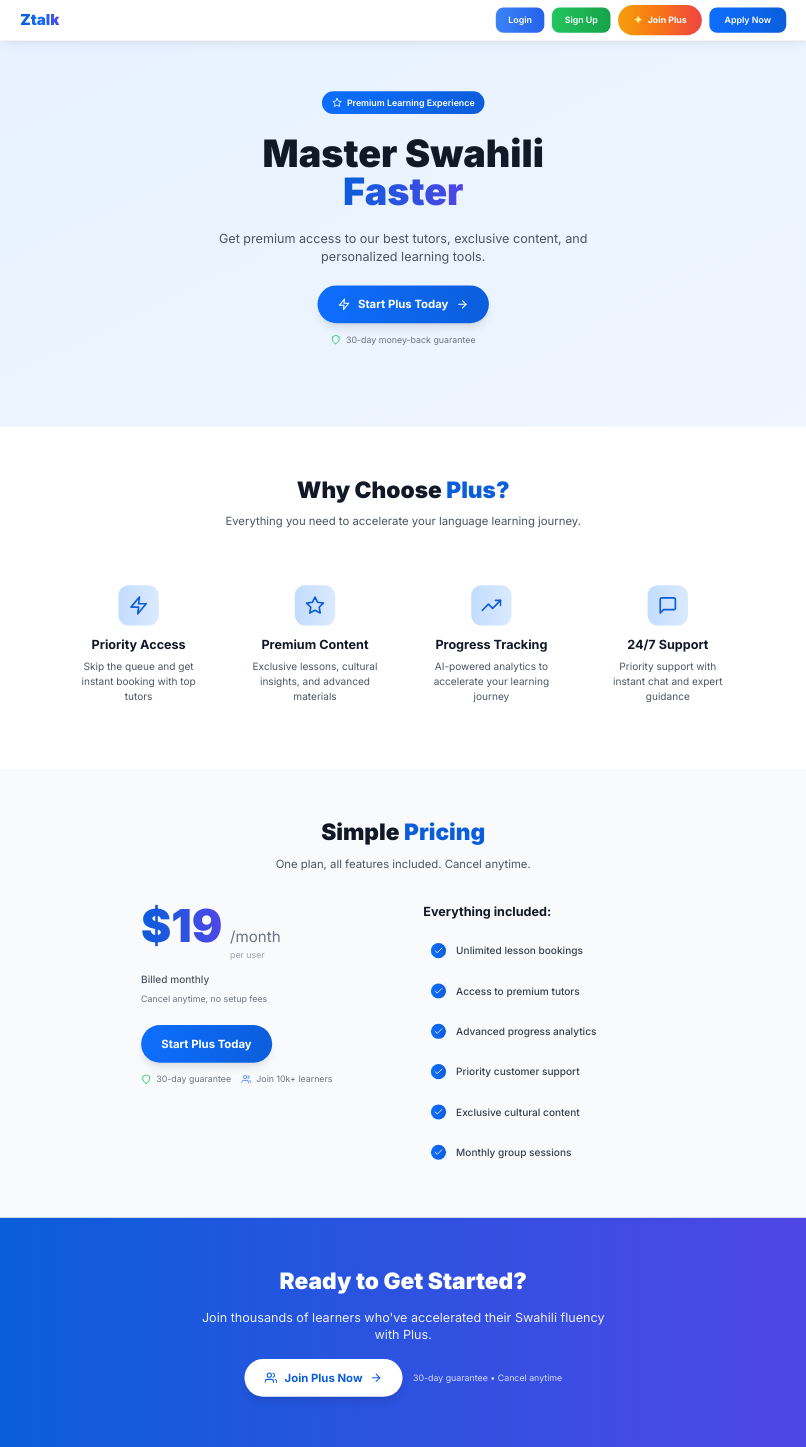
Repository: Eyub-Abdi/Ztalk
Page: /join-plus
The author's editor kept a copy of each file at every save. The page is drawn from the files as they stood at one save, then again after the next save.
The browser window is 1280 px wide. The pictures show the whole page, at 63% of full size.
The page's requests for data from a server got no answer. The project was rebuilt for these pictures with package versions that can differ from the ones it lists, and the page was loaded fresh each time. No one was signed in, and anything a server would have sent is missing. Also part of the build but not shown: vite.config.ts, src/pages/Terms.tsx, src/pages/Privacy.tsx, src/pages/LessonsDemo.tsx, src/pages/BecomeTeacher.tsx, src/components/Spinner.tsx, src/features/tutor-application/api/useApplicationDraft.ts, src/features/tutor-application/api/useTeachableLanguages.ts and 23 more. Imported but missing from the stored project, and not drawn on this page: src/features/lessons/api/useBookingReschedule, src/features/lessons/api/useLessons.

Above is the page before, as saved 2025-12-22 21:19:10.

After the next save:
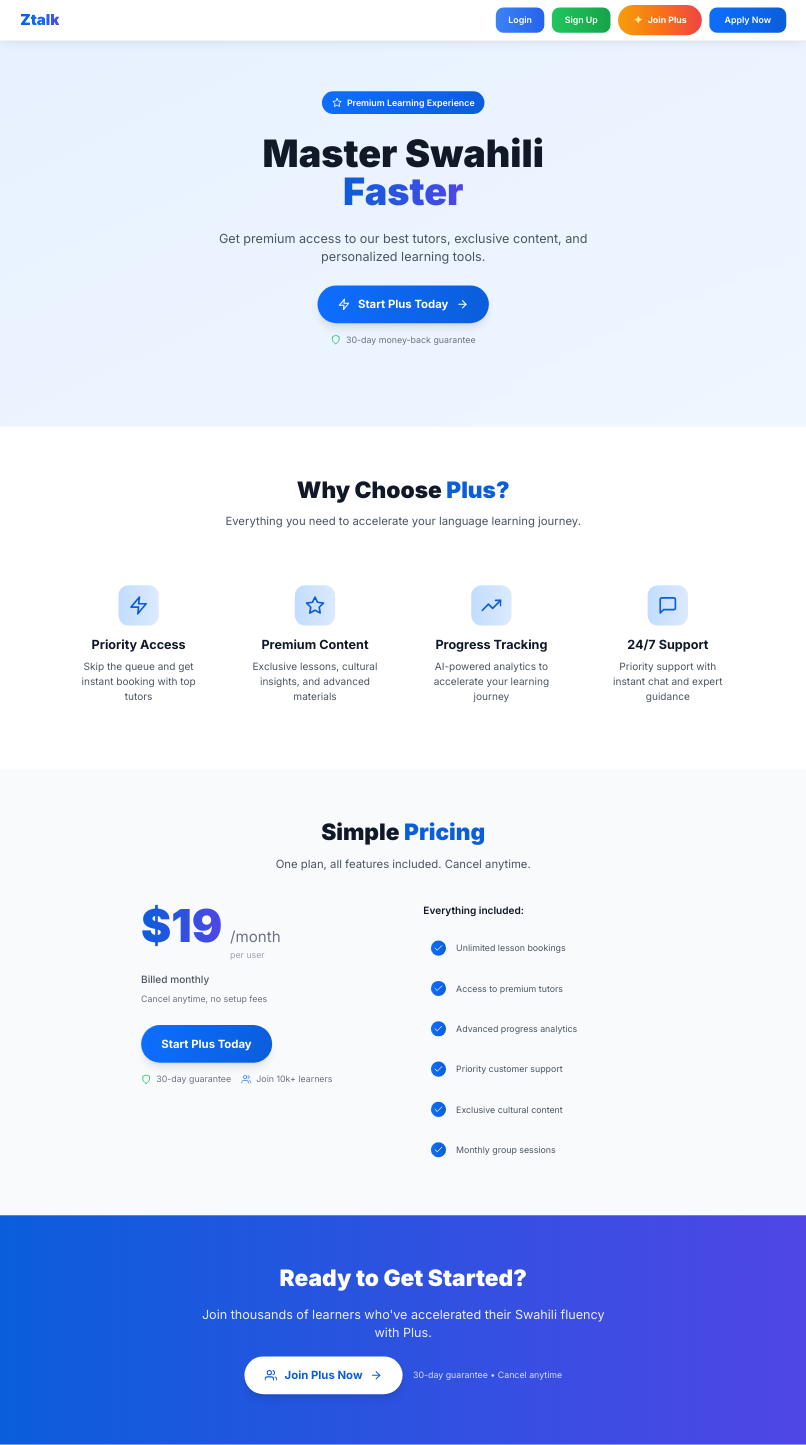
Saved 94 s later.
--- a/src/pages/JoinPlus.tsx
+++ b/src/pages/JoinPlus.tsx
@@ -197,7 +197,7 @@ export default function JoinPlusPage() {
 
               {/* Right Column - Features */}
               <div className="space-y-6">
-                <h4 className="text-xl font-bold text-gray-900 text-center lg:text-left">Everything included:</h4>
+                <h4 className="text-base font-semibold text-gray-900 text-center lg:text-left">Everything included:</h4>
                 <div className="grid gap-4">
                   {benefits.map((benefit, index) => (
                     <motion.div
@@ -211,7 +211,7 @@ export default function JoinPlusPage() {
                       <div className="w-6 h-6 bg-gradient-to-r from-brand-500 to-brand-600 rounded-full flex items-center justify-center flex-shrink-0">
                         <FiCheck className="w-4 h-4 text-white" />
                       </div>
-                      <span className="text-gray-700 font-medium">{benefit}</span>
+                      <span className="text-gray-600 text-sm">{benefit}</span>
                     </motion.div>
                   ))}
                 </div>
